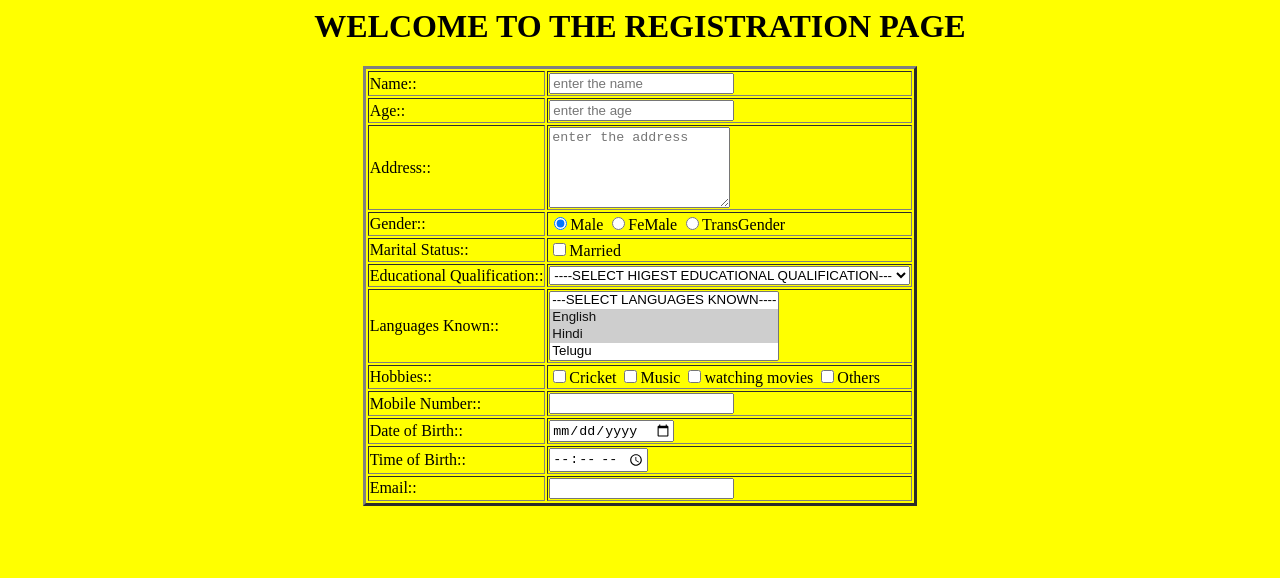
Repository: shivaramkrishna53/SERVLET_PROJECTS
Page: proj12-WorkingWithDifferentFormComponents-RegistrationApp/WebContent/input.html
The author's editor kept a copy of each file at every save. The page is drawn from the files as they stood at one save, then again after the next save.
The browser window is 1280 px wide. The pictures show the whole page.

Above is the page before, as saved 2021-01-12 15:06:28.

### proj12-WorkingWithDifferentFormComponents-RegistrationApp/WebContent/input.html
<html>
<head>
<title>Registration</title>
</head>
<body bgcolor="yellow">
<center>
<h1 >WELCOME TO THE REGISTRATION PAGE</h1>
<form action="registrationurl" method="post">
<table border="3">
<tr>
<td>Name::</td>
<td>
<input type="text" name="pname" placeholder="enter the name"/>
</td>
</tr>
<tr>
<td>Age::</td>
<td>
<input type="number" name="page" placeholder="enter the age"/>
</td>
</tr>
<tr>
<td>Address::</td>
<td>
<textarea rows="5" cols="20" placeholder="enter the address" name="address"></textarea>
</td>
</tr>
<tr>
<td>Gender::</td>
<td>
<input type="radio" name="gender" value="M" checked>Male
<input type="radio" name="gender" value="F">FeMale
<input type="radio" name="gender" value="T">TransGender
</td>
</tr>
<tr>
<td>Marital Status::</td>
<td>
<input type="checkbox" value="Married">Married
</td>
</tr>
<tr>
<td>
Educational Qualification::
</td>
<td>
<select name="education">
<option>----SELECT HIGEST EDUCATIONAL QUALIFICATION---</option>
<option value="btech">B.TECH</option>
<option value="mbbs">MBBS</option>
<option value="bcom">B.COM</option>
<option value="bpharmacy">B.PHARMACY</option>
</select>
</td>
</tr>
<tr>
<td>Languages Known::</td>
<td>
<select name="languages" multiple>
<option>---SELECT LANGUAGES KNOWN----</option>
<option value="english" selected>English</option>
<option value="hindi" selected>Hindi</option>
<option value="telugu">Telugu</option>
<option value="tamil">Tamil</option>
<option value="bengali">Bengali</option>
<option value="marathi">Marathi</option>
<option value="kanada">Kanada</option>
</select>
</td>
</tr>
<tr>
<td>Hobbies::</td>
<td>
<input type="checkbox" name="hobbies" value="cricket">Cricket
<input type="checkbox" name="hobbies" value="music">Music
<input type="checkbox" name="hobbies" value="watching movies">watching movies
<input type="checkbox" name="hobbies" value="others">Others
</td>
</tr>
<tr>
<td>Mobile Number::</td>
<td>
<input type="tel" name="mobile">
</td>
</tr>
<tr>
<td>Date of Birth::</td>
<td>
<input type="date" name="dob">
</td>
</tr>
<tr>
<td>Time of Birth::</td>
<td>
<input type="time" name="tob">
</td>
</tr>
<tr>
<td>Email::</td>
<td>
<input type="email" name="emailid">
</td>
</tr>
</table>
</form>
</center>
</body>
</html>

After the next save:
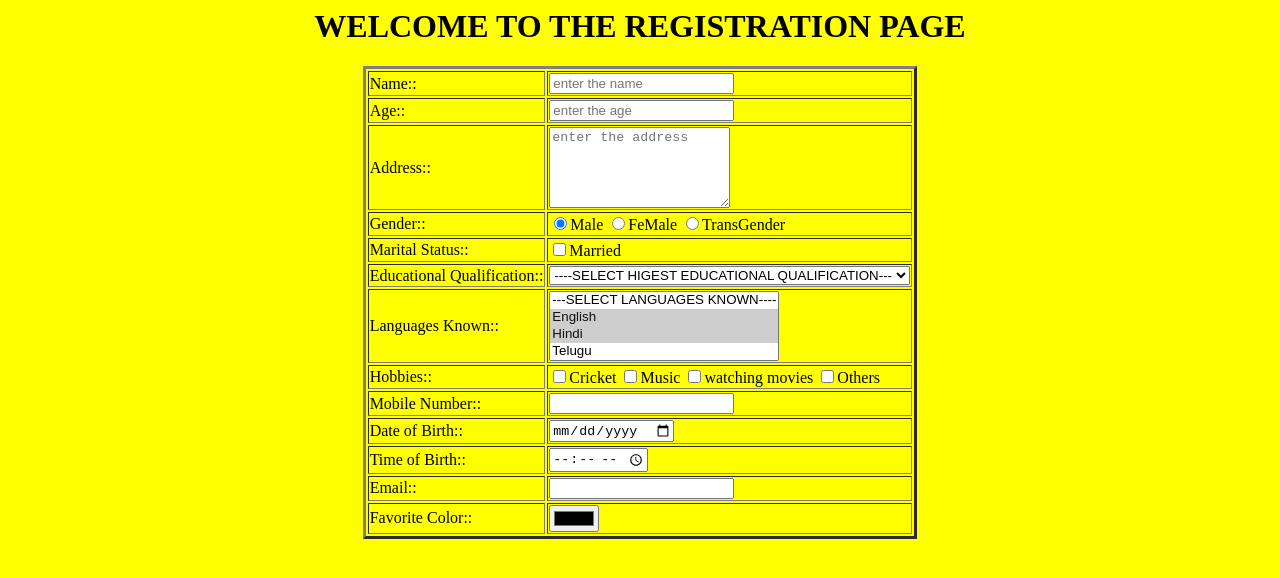
Saved 2 min 24 s later.
--- a/proj12-WorkingWithDifferentFormComponents-RegistrationApp/WebContent/input.html
+++ b/proj12-WorkingWithDifferentFormComponents-RegistrationApp/WebContent/input.html
@@ -101,6 +101,12 @@ Educational Qualification::
 <input type="email" name="emailid">
 </td>
 </tr>
+<tr>
+<td>Favorite Color::</td>
+<td>
+<input type="color" name="color">
+</td>
+</tr>
 </table>
 </form>
 </center>
